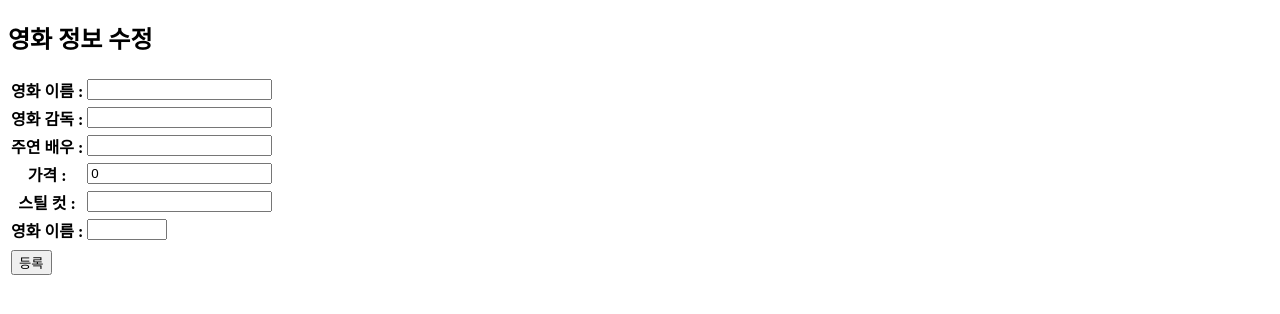
Repository: shinymusket/ideal-memory2
Page: http://localhost/homework10/MA
These files come from the project's save history. The page is drawn as it stood at one moment and after the next save; the edit follows.
The browser window is 1280 px wide. The pictures show the whole page.
The page is served by Tomcat 9. Queries for data that is not in the repository find no rows.

Above is the page before, as saved 2022-06-17 07:24:01.

After the next save:
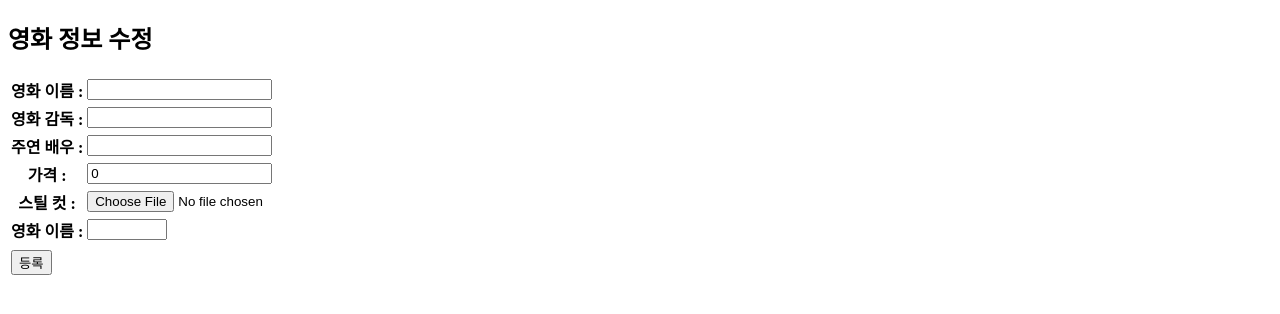
Saved 11 min 8 s later.
--- a/homework10/WebContent/movieAlter.jsp
+++ b/homework10/WebContent/movieAlter.jsp
@@ -47,7 +47,7 @@
 					<label for="StillCutPath">스틸 컷 :</label>
 				</th>
 				<td>
-					<input type="text" id="StillCutPath" name="StillCutPath" value="${movie.stillCutPath}">
+					<input type="file" id="StillCutPath" name="StillCutPath" value="${movie.stillCutPath}">
 				</td>
 			</tr>
 			<tr>
